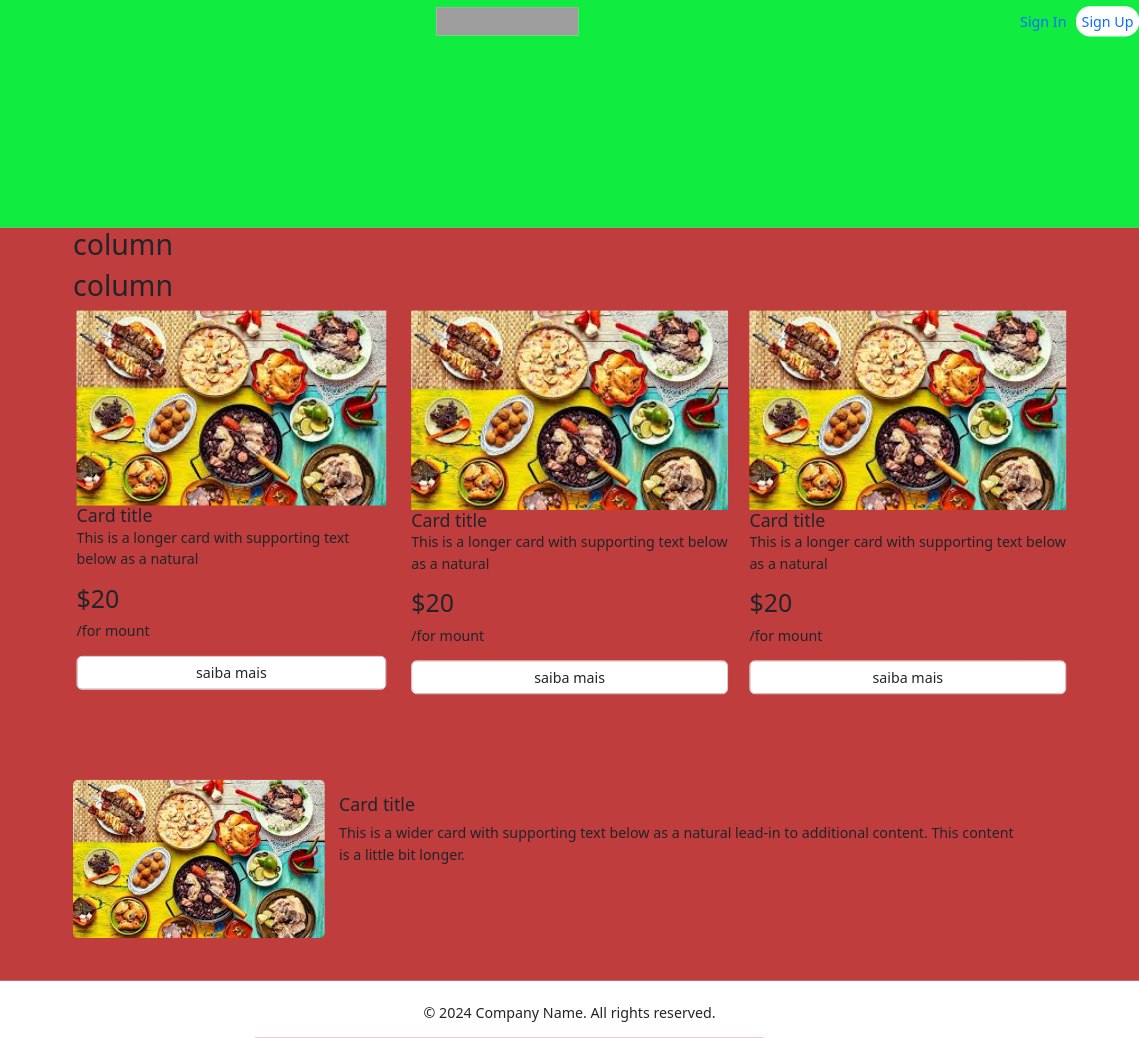
Repository: Joao-Rafael-mob/repoCurso
Page: index.html
The author's editor kept a copy of each file at every save. The page is drawn from the files as they stood at one save, then again after the next save.
The browser window is 1280 px wide. The pictures show the whole page, at 89% of full size.
Pictures or frames that could not be fetched are drawn as grey boxes.

Above is the page before, as saved 2024-09-27 09:41:08.

After the next save:
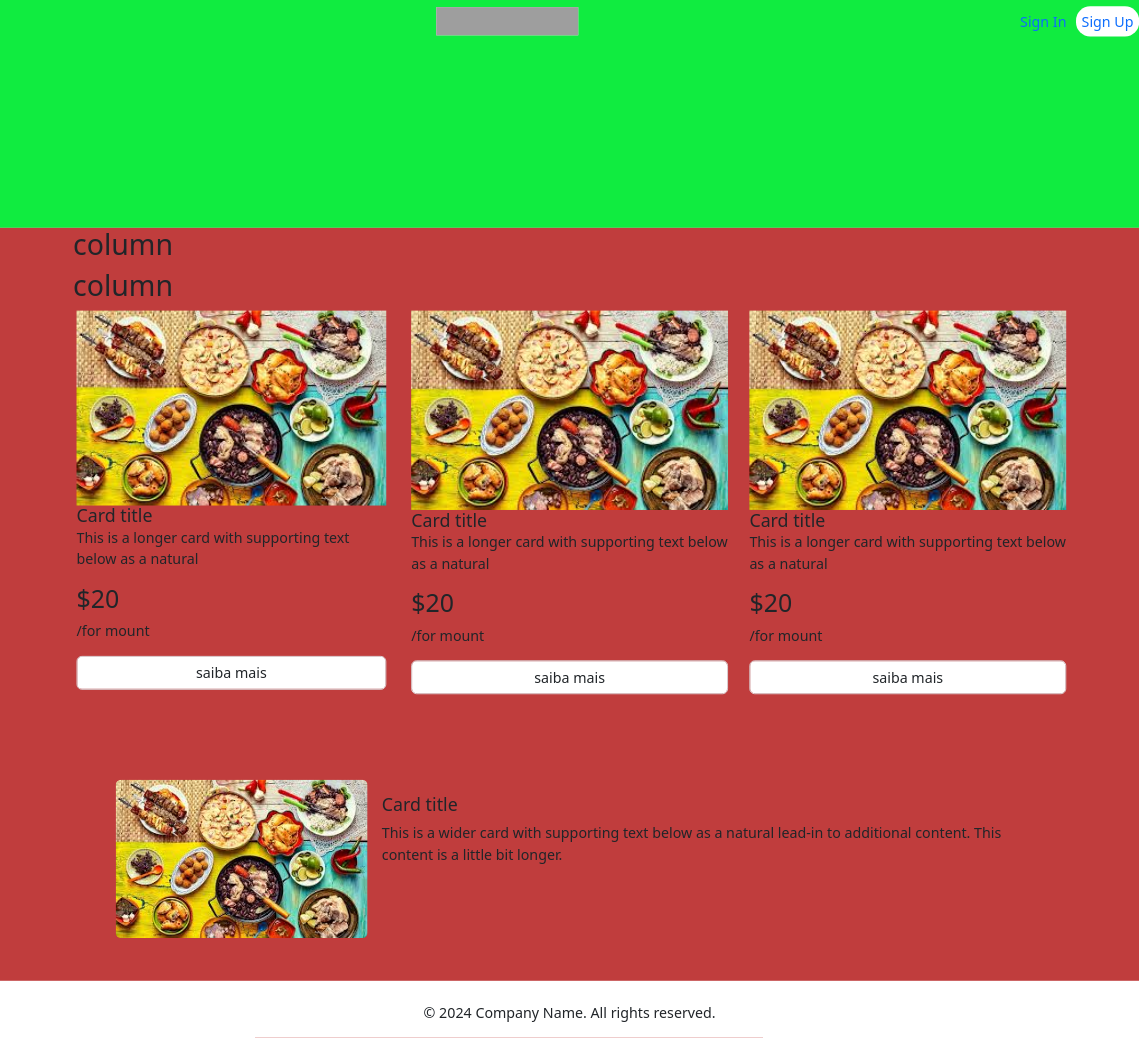
Saved 49 s later.
--- a/index.html
+++ b/index.html
@@ -84,12 +84,12 @@
       </div>
 
       <div class="container mt-5">
-        <div class="py-5">
+        <div class="p-5">
           <div class="row g-0">
             <div class="col-auto me-3">
               <img src="banner.jpeg" class="rounded float-start" alt="" />
             </div>
-            <div class="col pe-5">
+            <div class="col">
               <div class="mt-3">
                 <h5>Card title</h5>
                 <p>
